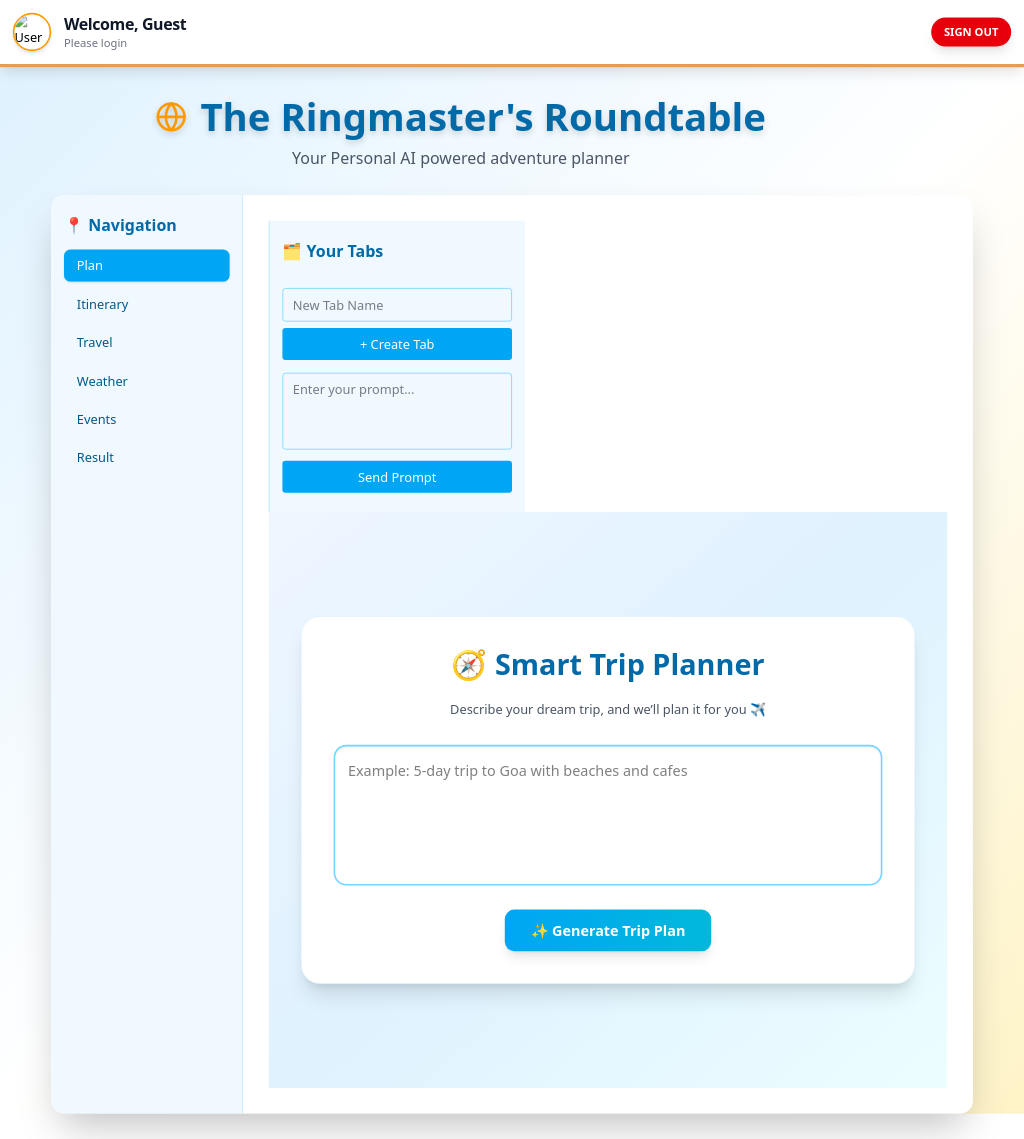
Repository: vega2006/The-Ringmaster-s-Roundtable
Page: /prompt (app in client/)
The author's editor kept a copy of each file at every save. The page is drawn from the files as they stood at one save, then again after the next save.
The browser window is 1280 px wide. The pictures show the whole page, at 80% of full size.
The page's requests for data from a server got no answer. The project was rebuilt for these pictures with package versions that can differ from the ones it lists, and the page was loaded fresh each time. No one was signed in, and anything a server would have sent is missing. Also part of the build but not shown: client/vite.config.js, client/src/components/GoogleLogin.jsx, client/src/components/NotFound.jsx, client/src/components/Sidebar.jsx, client/src/components/PlanInput.jsx, client/src/components/WeatherContent.jsx, client/src/components/TravelContent.jsx, client/src/components/ItineraryContent.jsx and 8 more.

Above is the page before, as saved 2025-10-09 17:15:19.

### client/src/App.jsx


import { GoogleOAuthProvider } from "@react-oauth/google";
import GoogleLogin from "./components/GoogleLogin";
import { BrowserRouter, Route, Routes, Navigate } from 'react-router-dom';
import { useState } from 'react';
import RefreshHandler from './components/RefreshHandler';
import NotFound from './components/NotFound';
import Dashboard from "./pages/Dashboard";
import Home from "./pages/Home";
import AIDashboard from "./pages/AIDashboard";
export default function App() {
  const [isAuthenticated, setIsAuthenticated] = useState(false);

  const GoogleWrapper = () => (
    <GoogleOAuthProvider clientId="1054190178825-cc3eg87b9uvh9hfn384ge5sqe5hq9l5v.apps.googleusercontent.com">
      <GoogleLogin />
    </GoogleOAuthProvider>
  );

  const PrivateRoute = ({ element }) => {
    return isAuthenticated ? element : element;
  };

  return (
    <BrowserRouter>
      <RefreshHandler setIsAuthenticated={setIsAuthenticated} />
      <Routes>
        {/* Public route for the Home page, where users can sign in */}
        <Route path="/" element={<Home isAuthenticated={isAuthenticated} />} />

        {/* This is the login page. Redirect to home after login. */}
        <Route path="/login" element={<GoogleWrapper />} />

        {/* This is the protected dashboard route */}
        <Route path='/dashboard' element={<PrivateRoute element={<Dashboard />} />} />
         <Route path='/prompt' element={<PrivateRoute element={<AIDashboard />} />} />

        {/* Catch-all route for invalid URLs */}
        <Route path="*" element={<NotFound />} />
      </Routes>
    </BrowserRouter>
  );
}

### client/src/components/RefreshHandler.jsx
import React, { useEffect } from 'react';
import { useLocation, useNavigate } from 'react-router-dom';

function RefrshHandler({ setIsAuthenticated }) {
    const location = useLocation();
    const navigate = useNavigate();

    useEffect(() => {
        const data = localStorage.getItem('user-info');
        const token = JSON.parse(data)?.token;
        if (token) {
            setIsAuthenticated(true);
            if (location.pathname === '/' ||
                location.pathname === '/login'
            ) {
                navigate('/dashboard', { replace: false });
            }
        }
    }, [location, navigate, setIsAuthenticated])

    return (
        null
    )
}

export default RefrshHandler

### client/src/pages/AIDashboard.jsx
import {TripProvider } from "../contexts/TripContext";
import AppHeader from "../components/AppHeader";
import PromptBasedSidebar from "../components/PromptBasedSideBar";
import MainContent from "../components/MainContent";
import AIContentRouter from "../components/AIContentRouter";
import React, { useEffect, useState } from 'react'
import { useNavigate } from 'react-router-dom';
import RightSidebar from "../components/TabBar";
const AIDashboard = () => {

     const [userInfo, setUserInfo] = useState(null);
    const navigate = useNavigate();

    useEffect(()=>{
        const data = localStorage.getItem('user-info');
        const userData = JSON.parse(data);
        setUserInfo(userData);
    },[])

    const handleLogout = ()=>{
        localStorage.removeItem('user-info');
        navigate('/login');
    }


  return (
    <div>
      <div className="sticky top-0 z-10 bg-white shadow-lg p-3 sm:p-4 border-b-4 border-amber-600/70">
                <div className="max-w-7xl mx-auto flex justify-between items-center">

                    {/* User Info Display */}
                    <div className="flex items-center space-x-4">
                        <img
                            className="w-12 h-12 rounded-full object-cover shadow-md border-2 border-amber-500"
                            src={userInfo?.image}
                            alt={userInfo?.name || 'User'}
                            onError={(e) => { e.target.onerror = null; e.target.src="https://placehold.co/40x40/FFC107/333?text=?" }}
                        />
                        <div className="hidden sm:block">
                            <h1 className="text-xl font-bold text-gray-900 tracking-tight">Welcome, {userInfo?.name || 'Guest'}</h1>
                            <h3 className="text-sm text-gray-500">{userInfo?.email || 'Please login'}</h3>
                        </div>
                        <div className="sm:hidden text-lg font-bold text-gray-900">
                           {userInfo?.name ? `Hello, ${userInfo.name.split(' ')[0]}!` : 'Hello!'}
                        </div>
                    </div>

                    {/* Logout Button (Stylized and positioned on the right) */}
                    <button
                        onClick={handleLogout}
                        className="px-4 py-2 bg-red-600 text-white font-semibold rounded-full shadow-lg hover:bg-red-700
                                   transition duration-150 transform hover:scale-[1.02] active:scale-95
                                   focus:outline-none focus:ring-4 focus:ring-red-300 uppercase text-sm"
                    >
                        Sign Out
                    </button>
                </div>
            </div>

      <TripProvider>

        <div className="min-h-screen bg-gradient-to-br from-sky-100 via-white to-amber-100 font-inter">
          <AppHeader />
          <div className="max-w-6xl mx-auto grid grid-cols-1 md:grid-cols-[240px_1fr] bg-white shadow-2xl rounded-2xl overflow-hidden mt-4 mb-8">
            <PromptBasedSidebar />


            <MainContent>
              <RightSidebar/>
                            <AIContentRouter />

                       </MainContent>


          </div>
        </div>
    </TripProvider>

    </div>
  )
}
export default AIDashboard

### client/src/api/api.jsx
import axios from "axios";

const API_BASE = `${import.meta.env.VITE_BACKEND_URL}/api`;


const api = axios.create({
    baseURL: "http://localhost:4000/auth/",
    // withCredentials: true,
});

export const googleAuth = (code) => api.get(`/google?code=${code}`);


export const getWeather = (city, travelDate) =>
  axios.get(`${API_BASE}/weather?city=${encodeURIComponent(city)}&travelDate=${encodeURIComponent(travelDate)}`);
;

export const getRoute = (origin, destination, travelDate) =>
  axios.get(`${API_BASE}/maps?origin=${encodeURIComponent(origin)}&destination=${encodeURIComponent(destination)}&travelDate=${encodeURIComponent(travelDate)}`);


export const getEvents = (destination, startTravelDate, endTravelDate) =>
  axios.get(`${API_BASE}/events`, {
    params: {
      city: destination,
      startDate: startTravelDate,
      endDate: endTravelDate,
    },
  });

export const getTripBudget = async (payload) => {
  // console.log(payload);
  return axios.post(`${API_BASE}/budget`, payload);
};


export const getItinerary = async (destination,startDate, endDate) => {
  return axios.post(`${API_BASE}/itinerary/generate`, {
      destination,
      startDate,
      endDate,
    });
};

### client/src/components/AppHeader.jsx
import React from 'react';
import { Globe } from 'lucide-react';

const AppHeader = () => (
    <div className="w-full max-w-6xl text-center pt-8 pb-4">
        <h1 className="text-4xl sm:text-5xl font-extrabold text-sky-700 drop-shadow-lg leading-tight flex items-center justify-center">
            <Globe className="w-8 h-8 sm:w-10 sm:h-10 mr-4 text-amber-500" />
            The Ringmaster's Roundtable
        </h1>
        <p className="text-center text-lg sm:text-xl text-gray-600 mt-2">Your Personal AI powered adventure planner</p>
    </div>
);

export default AppHeader;

### client/src/components/MainContent.jsx
export default function MainContent({ children }) {
  return (
    <main className="p-8 bg-white overflow-y-auto">
      {children}
    </main>
  );
}

### client/src/components/PlanByPrompt.jsx
import { useState } from "react";
import { useTrip } from "../contexts/TripContext";

// Helper function to get the current date in YYYY-MM-DD format (required for HTML date input min)
const getTodayDate = () => {
  const today = new Date();
  const year = today.getFullYear();
  const month = String(today.getMonth() + 1).padStart(2, '0');
  const day = String(today.getDate()).padStart(2, '0');
  return `${year}-${month}-${day}`;
};
export default function PlanByPrompt() {
  const [prompt, setPrompt] = useState("");
  const [isLoading, setIsLoading] = useState(false);
  const [result, setResult] = useState(null);

  const {activeTab, setActiveTab,
    manualRoute,origin,
       events,setEvents,
        setOrigin,
        destination,
        setDestination,
        setManualRoute,manualWeather,setManualWeather,AIResult,setAIResult,itinerary,setItinerary}=useTrip();
  const generate = async () => {
    if (!prompt.trim()) {
      alert("Please describe your trip before generating!");
      return;
    }

    setIsLoading(true);
    try {
      const response = await fetch("http://localhost:4000/api/mcp-server", {
        method: "POST",
        headers: { "Content-Type": "application/json" },
        body: JSON.stringify({ prompt , userId:"2345326542d324" }),
      });

      const data = await response.json();
     await  setOrigin(data.trip.origin);
      await setDestination(data.trip.destination);
      setManualWeather(data.trip.weather);
      setItinerary(data.trip.itinerary);
    setManualRoute({
  origin,
  destination,
  routes: data.trip.route// entire object returned from backend
});
      setActiveTab("Weather");
      setEvents(data.trip.events);
    } catch (err) {
      console.error("Error generating trip plan:", err);
      alert("Failed to generate trip plan. Please try again.");
    } finally {
      setIsLoading(false);
    }
  };

  return (
    <div className="min-h-screen bg-gradient-to-br from-blue-50 via-sky-100 to-cyan-50 flex flex-col items-center justify-center p-6">
      <div className="w-full max-w-3xl bg-white rounded-3xl shadow-xl p-10 border border-sky-100">
        {/* Header */}
        <h1 className="text-4xl font-extrabold text-sky-700 text-center mb-6">
          🧭 Smart Trip Planner
        </h1>
        <p className="text-gray-600 text-center mb-8">
          Describe your dream trip, and we’ll plan it for you ✈️
        </p>

        {/* Prompt Input */}
        <textarea
          placeholder="Example: 5-day trip to Goa with beaches and cafes"
          value={prompt}
          onChange={(e) => setPrompt(e.target.value)}
          rows="5"
          className="w-full p-4 border-2 border-sky-300 rounded-2xl shadow-inner focus:ring-2 focus:ring-sky-500 outline-none text-lg resize-none transition-all duration-200"
        />

        {/* Generate Button */}
        <div className="flex justify-center mt-6">
          <button
            onClick={generate}
            disabled={isLoading}
            className={`px-8 py-3 text-lg font-semibold text-white rounded-xl shadow-lg transition-all duration-300 ${
              isLoading
                ? "bg-sky-400 cursor-not-allowed"
                : "bg-gradient-to-r from-sky-500 to-cyan-500 hover:from-sky-600 hover:to-cyan-600"
            }`}
          >
            {isLoading ? "Planning..." : "✨ Generate Trip Plan"}
          </button>
        </div>


      </div>
    </div>
  );
}

### client/src/components/PromptBasedSideBar.jsx
import { useTrip } from "../contexts/TripContext";
import { TABS } from "../utils/PromptBasedConstants";

export default function PromptBasedSidebar() {
  const { activeTab, setActiveTab, isResultAvailable } = useTrip();

  return (
    <aside className="bg-sky-50 border-r border-sky-200 py-6 px-4">
      <h2 className="text-xl font-semibold mb-4 text-sky-700">📍 Navigation</h2>
      <nav className="flex flex-col space-y-2">
        {TABS.map((tab) => (
          <button
            key={tab}
            disabled={tab !== "Plan" && !isResultAvailable}
            onClick={() => setActiveTab(tab)}
            className={`px-4 py-2 text-left rounded-lg font-medium transition-all ${
              activeTab === tab
                ? "bg-sky-500 text-white shadow"
                : "hover:bg-sky-100 text-sky-800"
            } ${tab !== "Plan" && !isResultAvailable ? "opacity-50 cursor-not-allowed" : ""}`}
          >
            {tab}
          </button>
        ))}
      </nav>
    </aside>
  );
}

### client/src/components/AIContentRouter.jsx
import { useTrip } from "../contexts/TripContext";
import PlanByPrompt from "./PlanByPrompt";
import WeatherContent from "./WeatherContent";
import TravelContent from "./TravelContent";
import PromptBasedItinerary from "./PromptBasedItinerary";
import BudgetContent from "./BudgetContent";
import PromptBasedEvents from "./PromptBasedEvents";
import AIresult from "./AIresult";
export default function AIContentRouter() {
  const { activeTab } = useTrip();

  switch (activeTab) {
    case "Plan": return <PlanByPrompt/>;
    case "Result": return <AIresult/>;
    case "Weather": return <WeatherContent />;
    case "Travel": return <TravelContent />;
    case "Itinerary": return <PromptBasedItinerary/>;
    case "Budget": return <BudgetContent />;
    case "Events": return < PromptBasedEvents/>;
    default: return <PlanInput />;
  }
}

### client/src/components/TabBar.jsx
import { useState, useEffect } from "react";
import { useTrip } from "../contexts/TripContext";
import axios from "axios";

export default function RightSidebar({ userId }) {
  const { activeTab, setActiveTab, isResultAvailable } = useTrip();
  const [tabs, setTabs] = useState([]);
  const [newTabName, setNewTabName] = useState("");
  const [prompt, setPrompt] = useState("");

  // Fetch tabs from backend on mount
  useEffect(() => {
    async function fetchTabs() {
      try {
        const response = await axios.get("/api/tabs", { params: { userId } });
        setTabs(response.data); // assuming backend returns [{ tabId, name }]
      } catch (err) {
        console.error("Error fetching tabs:", err);
      }
    }
    fetchTabs();
  }, [userId]);

  // Handle clicking on a tab
  const handleTabClick = async (tab) => {
    setActiveTab(tab.name);
    try {
      await axios.post("/api/tabSelect", { tabId: tab.tabId, userId });
    } catch (err) {
      console.error("Error sending tab selection:", err);
    }
  };

  // Handle sending prompt
  const handleSendPrompt = async () => {
    if (!activeTab) return alert("Select a tab first!");
    try {
      await axios.post("/api/sendPrompt", { userId, tabName: activeTab, prompt });
      setPrompt(""); // clear input after sending
    } catch (err) {
      console.error("Error sending prompt:", err);
    }
  };

  // Handle creating a new tab
  const handleCreateNewTab = async () => {
    if (!newTabName.trim()) return;
    try {
      const response = await axios.post("/api/createTab", { userId, name: newTabName });
      setTabs((prev) => [...prev, response.data]); // add new tab to list
      setNewTabName("");
    } catch (err) {
      console.error("Error creating new tab:", err);
    }
  };

  return (
    <aside className="bg-sky-50 border-l border-sky-200 py-6 px-4 w-80 flex-shrink-0 flex flex-col">
      <h2 className="text-xl font-semibold mb-4 text-sky-700">🗂 Your Tabs</h2>

      <div className="flex flex-col space-y-2 mb-4 overflow-y-auto">
        {/* {tabs.length!==0&&tabs.map((tab) => (
          <button
            key={tab.tabId}
            onClick={() => handleTabClick(tab)}
            className={`px-4 py-2 text-left rounded-lg font-medium transition-all ${
              activeTab === tab.name
                ? "bg-sky-500 text-white shadow"
                : "hover:bg-sky-100 text-sky-800"
            }`}
          >
            {tab.name}
          </button>
        ))} */}
      </div>

      {/* Create New Tab */}
      <div className="mb-4">
        <input
          type="text"
          placeholder="New Tab Name"
          value={newTabName}
          onChange={(e) => setNewTabName(e.target.value)}
          className="w-full px-3 py-2 rounded border border-sky-300 focus:outline-none focus:ring-2 focus:ring-sky-400 mb-2"
        />
        <button
          onClick={handleCreateNewTab}
          className="w-full px-4 py-2 bg-sky-500 text-white rounded hover:bg-sky-600 transition"
        >
          + Create Tab
        </button>
      </div>

      {/* Prompt Input */}
      <div className="mt-auto">
        <textarea
          placeholder="Enter your prompt..."
          value={prompt}
          onChange={(e) => setPrompt(e.target.value)}
          className="w-full h-24 px-3 py-2 rounded border border-sky-300 focus:outline-none focus:ring-2 focus:ring-sky-400 mb-2 resize-none"
        />
        <button
          onClick={handleSendPrompt}
          className="w-full px-4 py-2 bg-sky-500 text-white rounded hover:bg-sky-600 transition"
        >
          Send Prompt
        </button>
      </div>
    </aside>
  );
}

### client/src/utils/constants.jsx
export const API_KEY = "";
export const API_URL = `https://generativelanguage.googleapis.com/v1beta/models/gemini-2.5-flash-preview-05-20:generateContent?key=${API_KEY}`;

export const TABS = ["Plan", "Itinerary", "Budget", "Travel", "Weather", "Events","Result"];

export const RESPONSE_SCHEMA = {
  type: "OBJECT",
  properties: {
    destination: { type: "STRING" },
    duration_days: { type: "NUMBER" },
    summary: { type: "STRING" },
    itinerary: {
      type: "ARRAY",
      items: {
        type: "OBJECT",
        properties: {
          day: { type: "NUMBER" },
          date: { type: "STRING" },
          activities: { type: "ARRAY", items: { type: "STRING" } },
        },
      },
    },
  },
};

### client/src/utils/PromptBasedConstants.jsx
export const API_KEY = "";
export const API_URL = `https://generativelanguage.googleapis.com/v1beta/models/gemini-2.5-flash-preview-05-20:generateContent?key=${API_KEY}`;

export const TABS = ["Plan", "Itinerary","Travel", "Weather", "Events","Result"];

export const RESPONSE_SCHEMA = {
  type: "OBJECT",
  properties: {
    destination: { type: "STRING" },
    duration_days: { type: "NUMBER" },
    summary: { type: "STRING" },
    itinerary: {
      type: "ARRAY",
      items: {
        type: "OBJECT",
        properties: {
          day: { type: "NUMBER" },
          date: { type: "STRING" },
          activities: { type: "ARRAY", items: { type: "STRING" } },
        },
      },
    },
  },
};

Loaded but not shown: client/index.html (common file); client/src/main.jsx (common file); client/src/index.css (common file); client/src/contexts/TripContext.jsx (195 lines, source omitted)

After the next save:
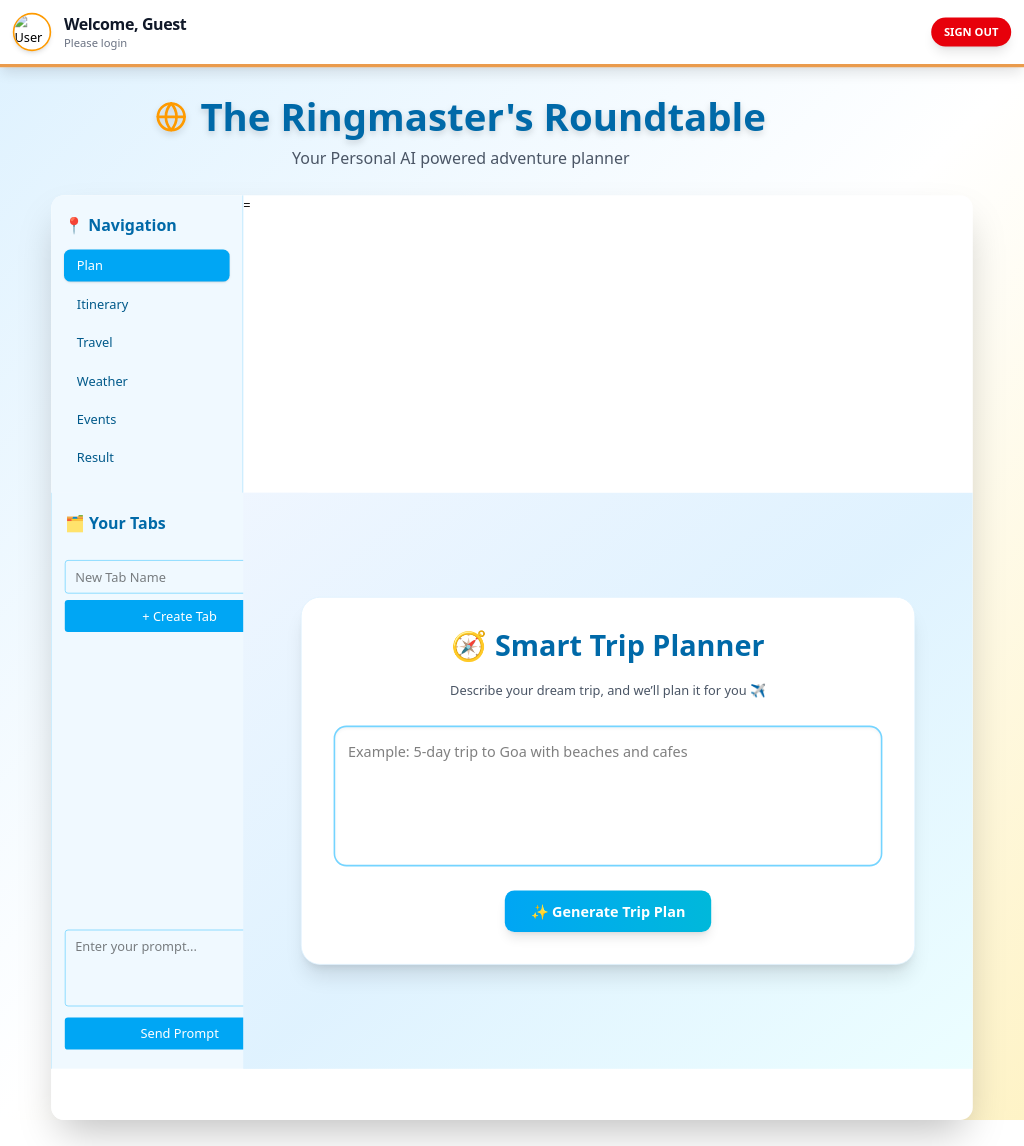
Saved 23 s later.
--- a/client/src/pages/AIDashboard.jsx
+++ b/client/src/pages/AIDashboard.jsx
@@ -65,11 +65,11 @@ const AIDashboard = () => {
             <PromptBasedSidebar />
 
 
-            <MainContent>
+           =
               <RightSidebar/>
                             <AIContentRouter />
 
-                       </MainContent>
+                       <MainContent/>
 
 
           </div>
